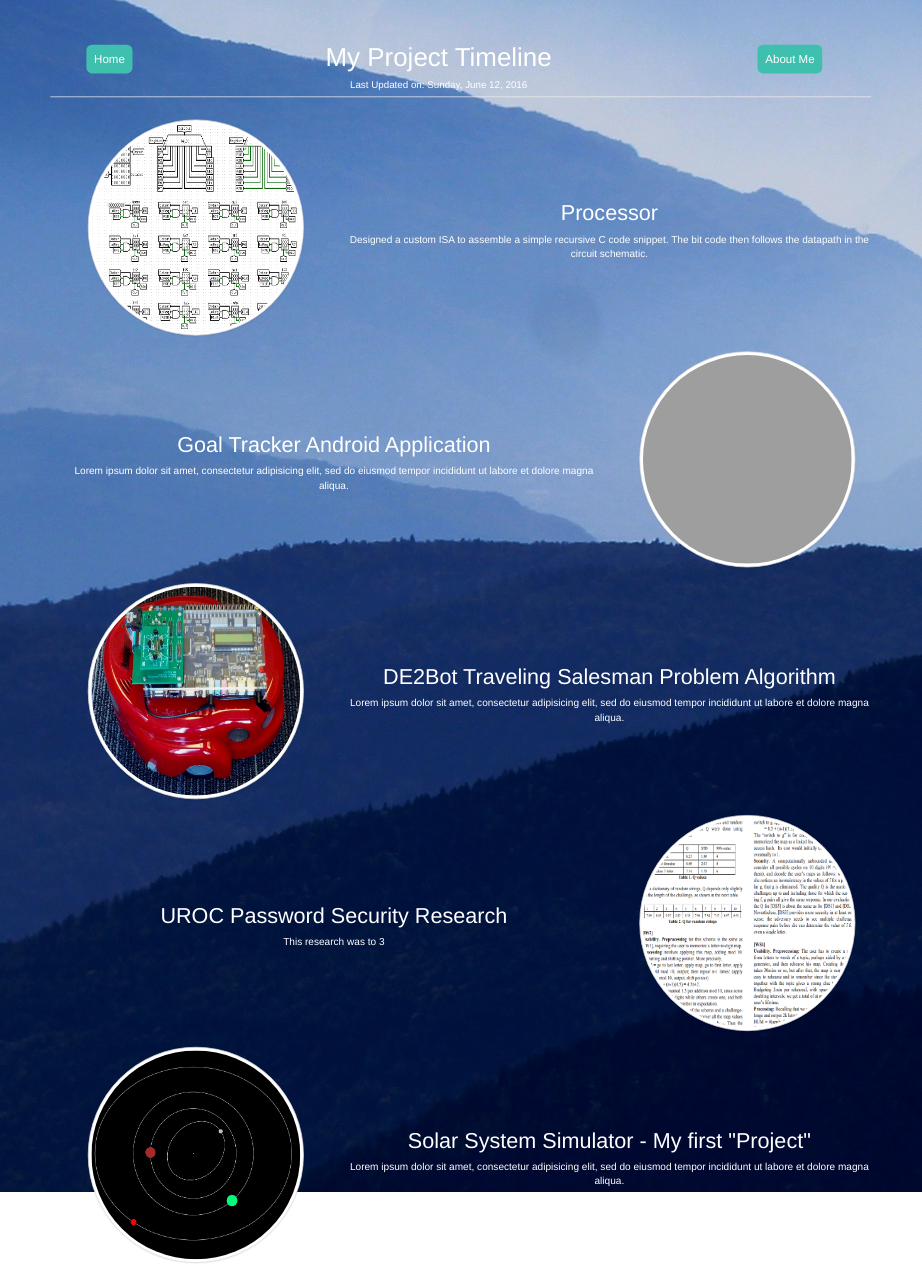
Repository: austinHerring/PersonalWebsite
Page: PersonalWebsite/WebContent/projects.html
An editor plug-in stored every save of this project. The page is shown before and after the next save, followed by the edit.
The browser window is 1280 px wide. The pictures show the whole page, at 72% of full size.
Pictures or frames that could not be fetched are drawn as grey boxes.

Above is the page before, as saved 2016-07-02 05:20:49.

After the next save:
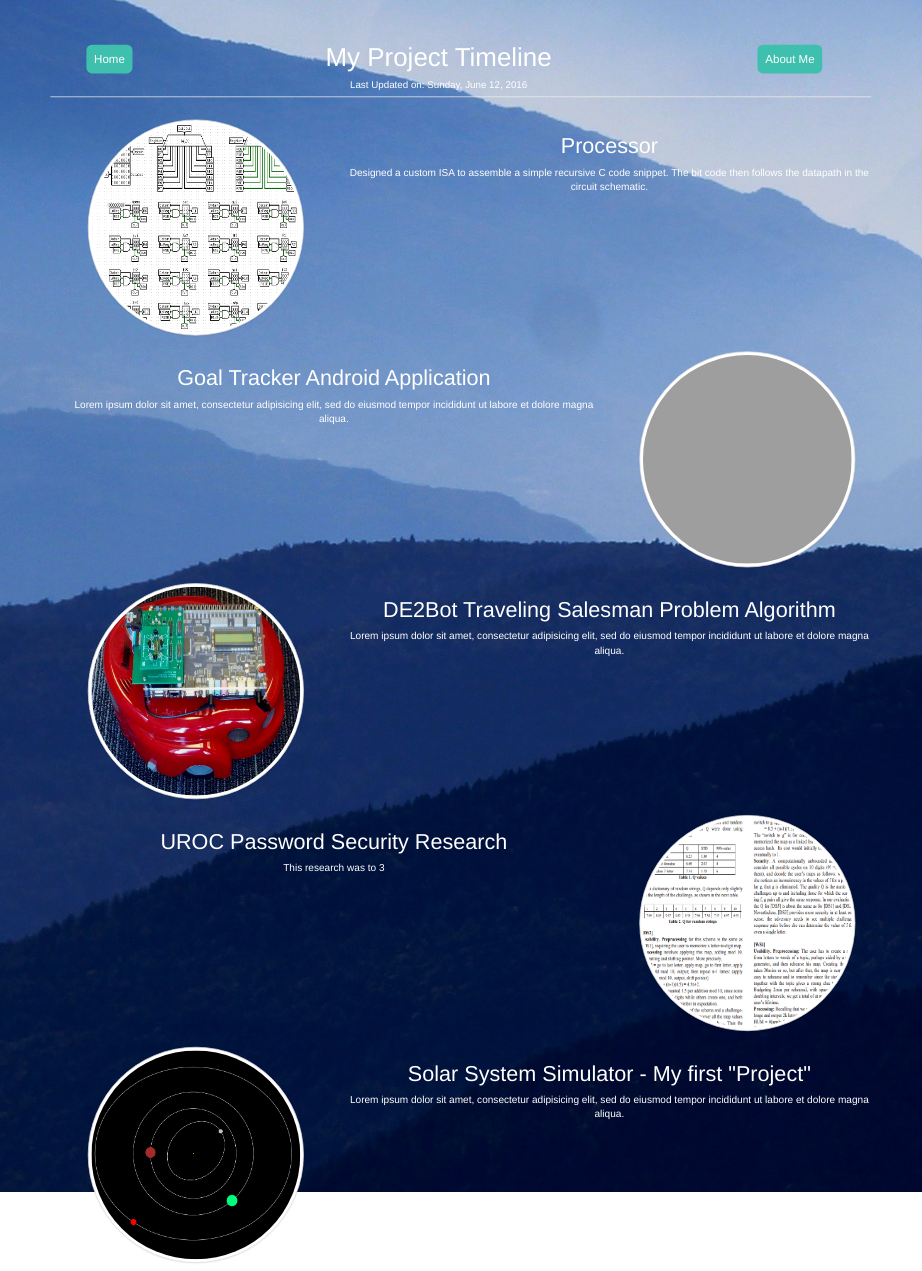
Saved 4 s later.
--- a/PersonalWebsite/WebContent/css/projects.css
+++ b/PersonalWebsite/WebContent/css/projects.css
@@ -6,7 +6,6 @@
     padding: 10px 0;
     text-align: center;
     display: flex;
-    align-items: center;
     padding: 10px;
     border: 1px solid transparent;
     border-radius: 4px;

After the 2 saves that followed:
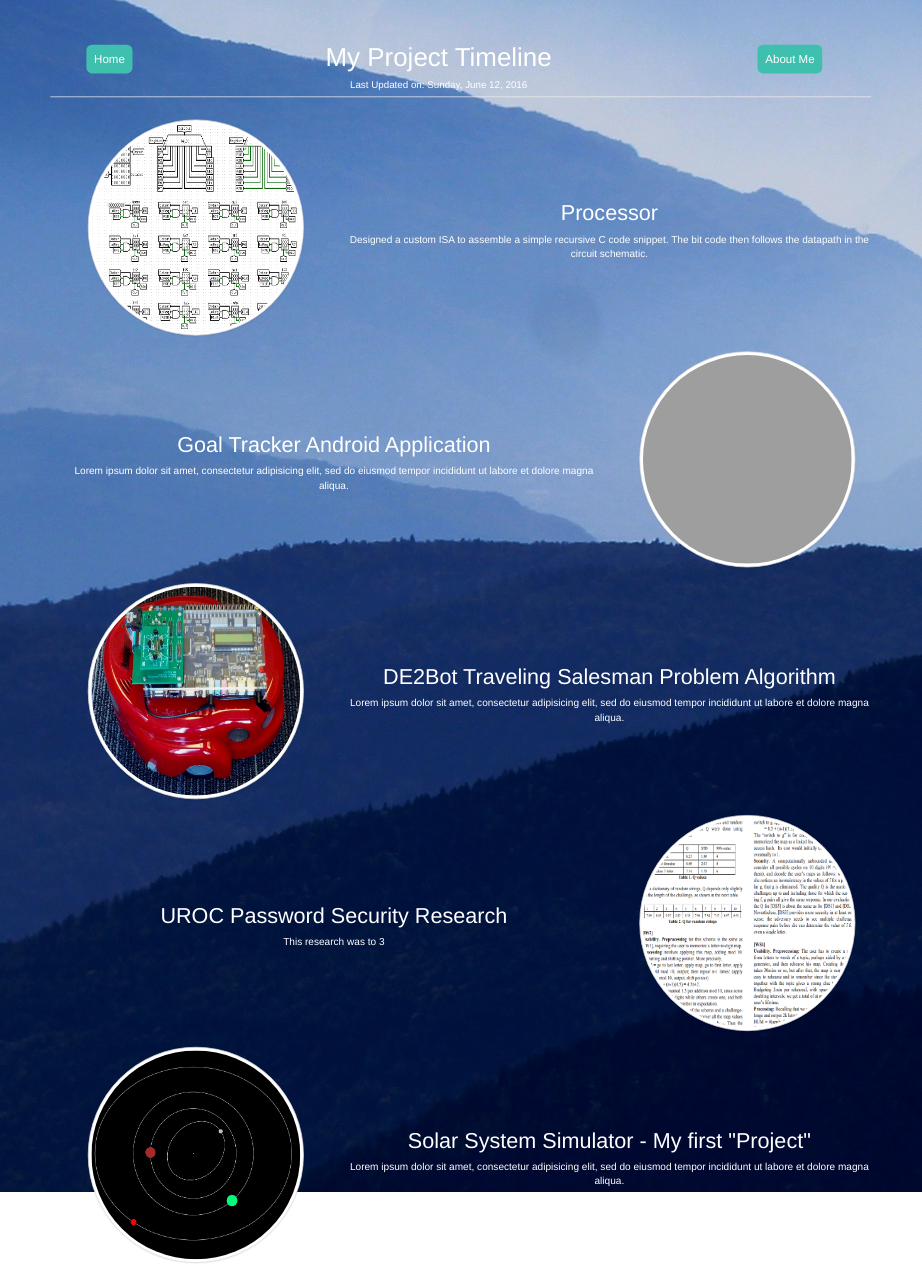
The 2 saves are shown as one change because 1 left the picture as it was.
The last was saved 4 min 38 s later.
--- a/PersonalWebsite/WebContent/css/projects.css
+++ b/PersonalWebsite/WebContent/css/projects.css
@@ -6,11 +6,16 @@
     padding: 10px 0;
     text-align: center;
     display: flex;
+    align-items: center;
     padding: 10px;
     border: 1px solid transparent;
     border-radius: 4px;
     transition: 0.2s;
     color:white;
+}
+
+.stylish-panel{
+    text-decoration: none;
 }
 
 .stylish-panel img{
